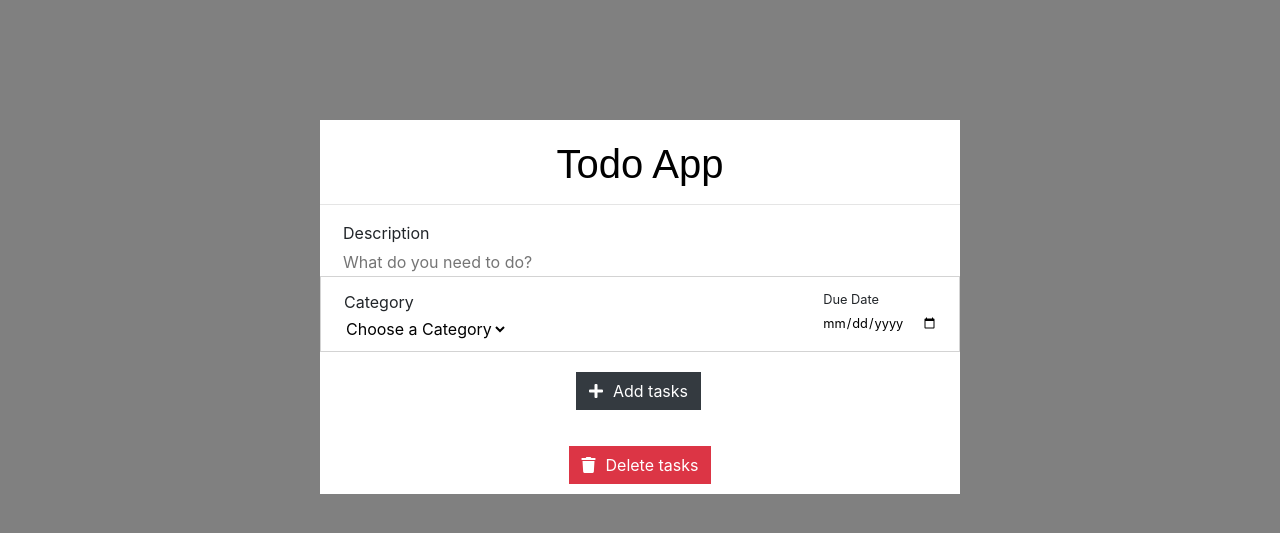
Repository: Sayan-100/Todo-List
Page: http://localhost/
An editor plug-in stored every save of this project. The page is shown before and after the next save, followed by the edit.
The browser window is 1280 px wide. The pictures show the whole page.
Some web libraries are served in a nearby version. The page is served by the project's Node server (index.js). Queries for data that is not in the repository find no rows.

Above is the page before, as saved 2021-12-29 21:07:07.
Not found: js/home.js

After the next save:
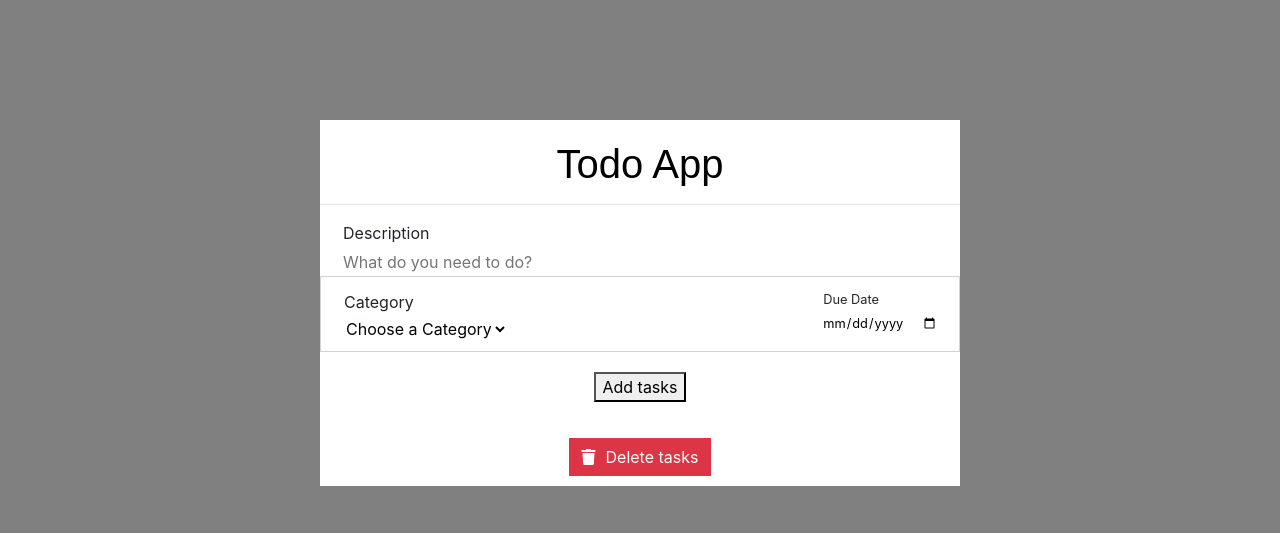
Saved 2 min 20 s later.
--- a/views/home.ejs
+++ b/views/home.ejs
@@ -47,7 +47,7 @@
             </div>
 
             <div class="buttons">
-                <button type="submit" class="btn btn-dark btn-1" form="create-todo"><i class="fas fa-plus"></i>Add tasks</button>
+                <button>Add tasks</button>
             </div>
 
         </form>
